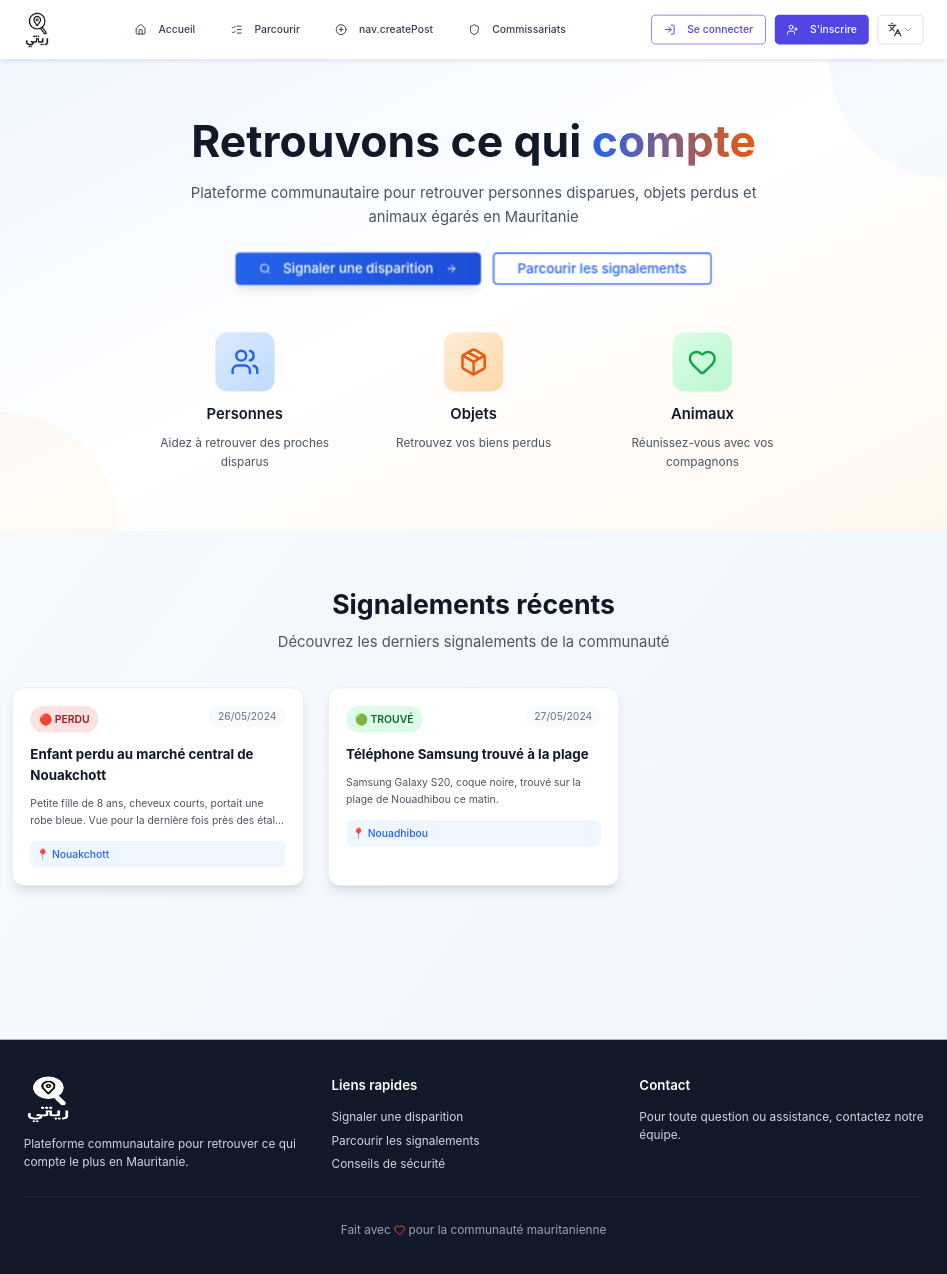
Repository: DahSidiAbdallah/Raytni
Page: /
An editor plug-in stored every save of this project. The page is shown before and after the next save, followed by the edit.
The browser window is 1280 px wide. The pictures show the whole page, at 74% of full size.
The project was rebuilt for these pictures with package versions that can differ from the ones it lists, and the page was loaded fresh each time. Also part of the build but not shown: vite.config.ts, src/components/ui/tooltip.tsx, src/components/ui/input.tsx, src/components/ui/textarea.tsx, src/components/ui/card.tsx, src/components/CreatePostForm.tsx, src/components/LoadingSpinner.tsx, src/pages/NotFound.tsx and 10 more.

Above is the page before, as saved 2025-05-28 15:09:34.

### index.html
<!DOCTYPE html>
<html lang="en">
  <head>
    <meta charset="UTF-8" />
    <meta name="viewport" content="width=device-width, initial-scale=1.0" />
    <title>Raytni</title>
    <link rel="icon" type="image/png" href="/logo.png"/>
    <link rel="stylesheet" href="https://cdnjs.cloudflare.com/ajax/libs/font-awesome/6.0.0-beta3/css/all.min.css">
    <meta name="description" content="Lovable Generated Project" />
    <meta name="author" content="Lovable" />

    <meta property="og:title" content="mauritania-find-it-now" />
    <meta property="og:description" content="Lovable Generated Project" />
    <meta property="og:type" content="website" />
    <meta property="og:image" content="https://lovable.dev/opengraph-image-p98pqg.png" />

    <meta name="twitter:card" content="summary_large_image" />
    <meta name="twitter:site" content="@lovable_dev" />
    <meta name="twitter:image" content="https://lovable.dev/opengraph-image-p98pqg.png" />
  </head>

  <body>
    <div id="root"></div>
    <!-- IMPORTANT: DO NOT REMOVE THIS SCRIPT TAG OR THIS VERY COMMENT! -->
    <script src="https://cdn.gpteng.co/gptengineer.js" type="module"></script>
    <script type="module" src="/src/main.tsx"></script>
  </body>
</html>

### src/main.tsx

import { createRoot } from 'react-dom/client'
import AppWrapper from './AppWrapper.tsx'
import './index.css'

createRoot(document.getElementById("root")!).render(<AppWrapper />);

### src/AppWrapper.tsx

import { LanguageProvider } from './contexts/LanguageContext';
import App from './App';

const AppWrapper = () => {
  return (
    <LanguageProvider>
      <App />
    </LanguageProvider>
  );
};

export default AppWrapper;

### src/index.css

@tailwind base;
@tailwind components;
@tailwind utilities;

@layer base {
  :root {
    --background: 0 0% 100%;
    --foreground: 222.2 84% 4.9%;

    --card: 0 0% 100%;
    --card-foreground: 222.2 84% 4.9%;

    --popover: 0 0% 100%;
    --popover-foreground: 222.2 84% 4.9%;

    --primary: 222.2 47.4% 11.2%;
    --primary-foreground: 210 40% 98%;

    --secondary: 210 40% 96.1%;
    --secondary-foreground: 222.2 47.4% 11.2%;

    --muted: 210 40% 96.1%;
    --muted-foreground: 215.4 16.3% 46.9%;

    --accent: 210 40% 96.1%;
    --accent-foreground: 222.2 47.4% 11.2%;

    --destructive: 0 84.2% 60.2%;
    --destructive-foreground: 210 40% 98%;

    --border: 214.3 31.8% 91.4%;
    --input: 214.3 31.8% 91.4%;
    --ring: 222.2 84% 4.9%;

    --radius: 0.5rem;

    --sidebar-background: 0 0% 98%;
    --sidebar-foreground: 240 5.3% 26.1%;
    --sidebar-primary: 240 5.9% 10%;
    --sidebar-primary-foreground: 0 0% 98%;
    --sidebar-accent: 240 4.8% 95.9%;
    --sidebar-accent-foreground: 240 5.9% 10%;
    --sidebar-border: 220 13% 91%;
    --sidebar-ring: 217.2 91.2% 59.8%;
  }

  .dark {
    --background: 222.2 84% 4.9%;
    --foreground: 210 40% 98%;
    --card: 222.2 84% 4.9%;
    --card-foreground: 210 40% 98%;
    --popover: 222.2 84% 4.9%;
    --popover-foreground: 210 40% 98%;
    --primary: 210 40% 98%;
    --primary-foreground: 222.2 47.4% 11.2%;
    --secondary: 217.2 32.6% 17.5%;
    --secondary-foreground: 210 40% 98%;
    --muted: 217.2 32.6% 17.5%;
    --muted-foreground: 215 20.2% 65.1%;
    --accent: 217.2 32.6% 17.5%;
    --accent-foreground: 210 40% 98%;
    --destructive: 0 62.8% 30.6%;
    --destructive-foreground: 210 40% 98%;
    --border: 217.2 32.6% 17.5%;
    --input: 217.2 32.6% 17.5%;
    --ring: 212.7 26.8% 83.9%;
    --sidebar-background: 240 5.9% 10%;
    --sidebar-foreground: 240 4.8% 95.9%;
    --sidebar-primary: 224.3 76.3% 48%;
    --sidebar-primary-foreground: 0 0% 100%;
    --sidebar-accent: 240 3.7% 15.9%;
    --sidebar-accent-foreground: 240 4.8% 95.9%;
    --sidebar-border: 240 3.7% 15.9%;
    --sidebar-ring: 217.2 91.2% 59.8%;
  }
}

@layer base {
  * {
    @apply border-border;
  }

  body {
    @apply bg-background text-foreground;
    font-family: -apple-system, BlinkMacSystemFont, 'Segoe UI', 'Roboto', 'Oxygen', 'Ubuntu', 'Cantarell', 'Open Sans', 'Helvetica Neue', sans-serif;
  }

  /* Arabic text support */
  [dir="rtl"] {
    direction: rtl;
    text-align: right;
  }

  [dir="rtl"] .flex {
    flex-direction: row-reverse;
  }

  [dir="rtl"] .space-x-1 > * + * {
    margin-left: 0;
    margin-right: 0.25rem;
  }

  [dir="rtl"] .space-x-2 > * + * {
    margin-left: 0;
    margin-right: 0.5rem;
  }

  [dir="rtl"] .space-x-4 > * + * {
    margin-left: 0;
    margin-right: 1rem;
  }

  [dir="rtl"] .ml-2 {
    margin-left: 0;
    margin-right: 0.5rem;
  }

  [dir="rtl"] .ml-3 {
    margin-left: 0;
    margin-right: 0.75rem;
  }

  [dir="rtl"] .mr-2 {
    margin-right: 0;
    margin-left: 0.5rem;
  }

  /* Arabic font support */
  [lang="ar"], [dir="rtl"] {
    font-family: 'Noto Sans Arabic', 'Arial Unicode MS', Tahoma, sans-serif;
  }
}

@layer utilities {
  .animate-fade-in {
    animation: fade-in 0.6s ease-out forwards;
  }

  .line-clamp-2 {
    overflow: hidden;
    display: -webkit-box;
    -webkit-box-orient: vertical;
    -webkit-line-clamp: 2;
  }

  .line-clamp-3 {
    overflow: hidden;
    display: -webkit-box;
    -webkit-box-orient: vertical;
    -webkit-line-clamp: 3;
  }
}

@keyframes fade-in {
  from {
    opacity: 0;
    transform: translateY(20px);
  }
  to {
    opacity: 1;
    transform: translateY(0);
  }
}

### src/App.tsx
import { Toaster } from "@/components/ui/toaster";
import { Toaster as Sonner } from "@/components/ui/sonner";
import { TooltipProvider } from "@/components/ui/tooltip";
import { QueryClient, QueryClientProvider } from "@tanstack/react-query";
import { BrowserRouter, Routes, Route } from "react-router-dom";
import Index from "./pages/Index";
import NotFound from "./pages/NotFound";
import PolicePage from './pages/Police';
import CreatePostPage from './pages/CreatePostPage';
import SafetyTipsPage from './pages/SafetyTipsPage';
import BrowsePage from './pages/BrowsePage';
import SignInPage from './pages/SignInPage';
import SignUpPage from './pages/SignUpPage';
import MainLayout from './components/MainLayout';

const queryClient = new QueryClient();

const App = () => (
  <QueryClientProvider client={queryClient}>
    <TooltipProvider>
      <Toaster />
      <Sonner />
      <BrowserRouter>
        <Routes>
          <Route path="/" element={<Index />} />
          <Route path="/police" element={<MainLayout><PolicePage /></MainLayout>} />
          <Route path="/create-post" element={<CreatePostPage />} />
          <Route path="/safety-tips" element={<SafetyTipsPage />} />
          <Route path="/browse" element={<BrowsePage />} />
          <Route path="/signin" element={<MainLayout><SignInPage /></MainLayout>} />
          <Route path="/signup" element={<MainLayout><SignUpPage /></MainLayout>} />
          {/* ADD ALL CUSTOM ROUTES ABOVE THE CATCH-ALL "*" ROUTE */}
          <Route path="*" element={<NotFound />} />
        </Routes>
      </BrowserRouter>
    </TooltipProvider>
  </QueryClientProvider>
);

export default App;

### src/components/ui/toaster.tsx
import { useToast } from "@/hooks/use-toast"
import {
  Toast,
  ToastClose,
  ToastDescription,
  ToastProvider,
  ToastTitle,
  ToastViewport,
} from "@/components/ui/toast"

export function Toaster() {
  const { toasts } = useToast()

  return (
    <ToastProvider>
      {toasts.map(function ({ id, title, description, action, ...props }) {
        return (
          <Toast key={id} {...props}>
            <div className="grid gap-1">
              {title && <ToastTitle>{title}</ToastTitle>}
              {description && (
                <ToastDescription>{description}</ToastDescription>
              )}
            </div>
            {action}
            <ToastClose />
          </Toast>
        )
      })}
      <ToastViewport />
    </ToastProvider>
  )
}

### src/components/ui/sonner.tsx
import { useTheme } from "next-themes"
import { Toaster as Sonner, toast } from "sonner"

type ToasterProps = React.ComponentProps<typeof Sonner>

const Toaster = ({ ...props }: ToasterProps) => {
  const { theme = "system" } = useTheme()

  return (
    <Sonner
      theme={theme as ToasterProps["theme"]}
      className="toaster group"
      toastOptions={{
        classNames: {
          toast:
            "group toast group-[.toaster]:bg-background group-[.toaster]:text-foreground group-[.toaster]:border-border group-[.toaster]:shadow-lg",
          description: "group-[.toast]:text-muted-foreground",
          actionButton:
            "group-[.toast]:bg-primary group-[.toast]:text-primary-foreground",
          cancelButton:
            "group-[.toast]:bg-muted group-[.toast]:text-muted-foreground",
        },
      }}
      {...props}
    />
  )
}

export { Toaster, toast }

### src/components/Header.tsx
import React, { useState } from 'react';
import { Link, useNavigate } from 'react-router-dom';
import { Button } from "@/components/ui/button";
import { Input } from "@/components/ui/input";
import { Sheet, SheetContent, SheetTrigger, SheetClose } from "@/components/ui/sheet";
import { Select, SelectContent, SelectItem, SelectTrigger, SelectValue } from "@/components/ui/select";
import { Menu, X, Search as SearchIcon, Moon, Sun, Languages, Home, ListChecks, PlusCircle, LogIn, UserPlus, Shield } from 'lucide-react';
import Logo from '/logo.png';
import { useLanguage, Language } from "@/contexts/LanguageContext";

interface HeaderProps {
  onCreatePost: () => void;
  onViewBrowse: () => void;
  onViewHome: () => void;
}

const Header = ({ onCreatePost, onViewBrowse, onViewHome }: HeaderProps) => {
  const navigate = useNavigate();
  const { language, setLanguage, t } = useLanguage();
  const [isMobileMenuOpen, setIsMobileMenuOpen] = useState(false);
  const [searchTerm, setSearchTerm] = useState("");

  const handleSearch = (e: React.FormEvent) => {
    e.preventDefault();
    if (searchTerm.trim()) {
      console.log("Raytni Search term:", searchTerm.trim());
      setSearchTerm("");
    }
  };

  return (
    <header className="bg-white shadow-md sticky top-0 z-50">
      <div className="max-w-7xl mx-auto px-4 sm:px-6 lg:px-8">
        <div className="flex items-center justify-between h-20">
          <div className="flex items-center">
            <Link to="/" className="flex items-center space-x-3 rtl:space-x-reverse">
              <img src={Logo} alt="Raytni Logo" className="h-12 w-auto" />
            </Link>
          </div>

          <div className="hidden md:flex items-center space-x-6">
            <nav className="space-x-4">
              <Button variant="ghost" onClick={onViewHome} className="text-gray-700 hover:text-indigo-600"><Home className="mr-2 h-5 w-5"/>{t('nav.home')}</Button>
              <Button variant="ghost" onClick={onViewBrowse} className="text-gray-700 hover:text-indigo-600"><ListChecks className="mr-2 h-5 w-5"/>{t('nav.browse')}</Button>
              <Button variant="ghost" onClick={onCreatePost} className="text-gray-700 hover:text-indigo-600"><PlusCircle className="mr-2 h-5 w-5"/>{t('nav.createPost')}</Button>
              <Button variant="ghost" onClick={() => navigate('/police')} className="text-gray-700 hover:text-indigo-600"><Shield className="mr-2 h-5 w-5"/>{t('nav.police')}</Button>
            </nav>
          </div>

          <div className="hidden md:flex items-center space-x-3">
            <Button variant="outline" onClick={() => navigate('/signin')} className="text-indigo-600 border-indigo-500 hover:bg-indigo-50">
              <LogIn className="mr-2 h-5 w-5" /> {t('auth.signIn')}
            </Button>
            <Button onClick={() => navigate('/signup')} className="bg-indigo-600 hover:bg-indigo-700 text-white">
              <UserPlus className="mr-2 h-5 w-5" /> {t('auth.signUp')}
            </Button>
            <Select value={language} onValueChange={(value) => setLanguage(value as Language)}>
              <SelectTrigger className="w-auto text-gray-700 hover:text-indigo-600 border-gray-300 focus:ring-indigo-500 focus:border-indigo-500">
                <Languages className="h-5 w-5" />
              </SelectTrigger>
              <SelectContent>
                <SelectItem value="fr">Français</SelectItem>
                <SelectItem value="ar">العربية</SelectItem>
              </SelectContent>
            </Select>
          </div>

          <div className="md:hidden flex items-center">
            <Sheet open={isMobileMenuOpen} onOpenChange={setIsMobileMenuOpen}>
              <SheetTrigger asChild>
                <Button variant="ghost" size="icon" className="text-gray-700 hover:text-indigo-600">
                  {isMobileMenuOpen ? <X className="h-7 w-7" /> : <Menu className="h-7 w-7" />}
                </Button>
              </SheetTrigger>
              <SheetContent side="left" className="w-64 p-6">
                <nav className="flex flex-col space-y-4">
                  <SheetClose asChild>
                    <Button variant="ghost" onClick={onViewHome} className="justify-start text-lg hover:text-indigo-600"><Home className="mr-3 h-6 w-6"/>{t('nav.home')}</Button>
                  </SheetClose>
                  <SheetClose asChild>
                    <Button variant="ghost" onClick={onViewBrowse} className="justify-start text-lg hover:text-indigo-600"><ListChecks className="mr-3 h-6 w-6"/>{t('nav.browse')}</Button>
                  </SheetClose>
                  <SheetClose asChild>
                    <Button variant="ghost" onClick={onCreatePost} className="justify-start text-lg hover:text-indigo-600"><PlusCircle className="mr-3 h-6 w-6"/>{t('nav.createPost')}</Button>
                  </SheetClose>
                  <SheetClose asChild>
                    <Button variant="ghost" onClick={() => { navigate('/police'); setIsMobileMenuOpen(false); }} className="justify-start text-lg hover:text-indigo-600"><Shield className="mr-3 h-6 w-6"/>{t('nav.police')}</Button>
                  </SheetClose>
                  <hr className="my-4"/>
                  <SheetClose asChild>
                    <Button variant="outline" onClick={() => navigate('/signin')} className="justify-start text-lg text-indigo-600 border-indigo-500">
                       <LogIn className="mr-3 h-6 w-6" /> {t('auth.signIn')}
                    </Button>
                  </SheetClose>
                  <SheetClose asChild>
                    <Button onClick={() => navigate('/signup')} className="justify-start text-lg bg-indigo-600 hover:bg-indigo-700 text-white">
                      <UserPlus className="mr-3 h-6 w-6" /> {t('auth.signUp')}
                    </Button>
                  </SheetClose>
                  <hr className="my-4"/>
                  <div className="pt-2">
                    <p className="text-sm font-medium text-gray-500 mb-2">{t('settings.language')}</p>
                    <Select value={language} onValueChange={(newLang) => { setLanguage(newLang as Language); setIsMobileMenuOpen(false); }}>
                        <SelectTrigger className="w-full focus:ring-indigo-500 focus:border-indigo-500">
                            <Languages className="mr-2 h-5 w-5" />
                            <span>{language === 'fr' ? 'Français' : 'العربية'}</span>
                        </SelectTrigger>
                        <SelectContent>
                            <SelectItem value="fr">Français</SelectItem>
                            <SelectItem value="ar">العربية</SelectItem>
                        </SelectContent>
                    </Select>
                  </div>
                </nav>
              </SheetContent>
            </Sheet>
          </div>
        </div>
      </div>
    </header>
  );
};

export default Header;

### src/components/Footer.tsx
import { MapPin, Heart } from "lucide-react";
import footer from "../../public/footer.png";
import { Link } from "react-router-dom";

const Footer = () => {
  return (
    <footer className="bg-gray-900 text-white py-12 mt-20">
      <div className="max-w-7xl mx-auto px-4 sm:px-6 lg:px-8">
        <div className="grid md:grid-cols-3 gap-8">
          <div>
            <div className="flex items-center mb-4">
              <img src={footer} alt="Logo" className="h-16 w-16" />


            </div>
            <p className="text-gray-300">
              Plateforme communautaire pour retrouver ce qui compte le plus en Mauritanie.
            </p>
          </div>

          <div>
            <h3 className="text-lg font-semibold mb-4">Liens rapides</h3>
            <ul className="space-y-2 text-gray-300">
              <li><Link to="/create-post" className="hover:text-white transition-colors">Signaler une disparition</Link></li>
              <li><Link to="/browse" className="hover:text-white transition-colors">Parcourir les signalements</Link></li>
              <li><Link to="/safety-tips" className="hover:text-white transition-colors">Conseils de sécurité</Link></li>
            </ul>
          </div>

          <div>
            <h3 className="text-lg font-semibold mb-4">Contact</h3>
            <p className="text-gray-300">
              Pour toute question ou assistance, contactez notre équipe.
            </p>
          </div>
        </div>

        <div className="border-t border-gray-800 mt-8 pt-8 text-center text-gray-400">
          <p className="flex items-center justify-center">
            Fait avec <Heart className="h-4 w-4 mx-1 text-red-500" /> pour la communauté mauritanienne
          </p>
        </div>
      </div>
    </footer>
  );
};

export default Footer;

### src/components/ui/button.tsx
import * as React from "react"
import { Slot } from "@radix-ui/react-slot"
import { cva, type VariantProps } from "class-variance-authority"

import { cn } from "@/lib/utils"

const buttonVariants = cva(
  "inline-flex items-center justify-center gap-2 whitespace-nowrap rounded-md text-sm font-medium ring-offset-background transition-colors focus-visible:outline-none focus-visible:ring-2 focus-visible:ring-ring focus-visible:ring-offset-2 disabled:pointer-events-none disabled:opacity-50 [&_svg]:pointer-events-none [&_svg]:size-4 [&_svg]:shrink-0",
  {
    variants: {
      variant: {
        default: "bg-primary text-primary-foreground hover:bg-primary/90",
        destructive:
          "bg-destructive text-destructive-foreground hover:bg-destructive/90",
        outline:
          "border border-input bg-background hover:bg-accent hover:text-accent-foreground",
        secondary:
          "bg-secondary text-secondary-foreground hover:bg-secondary/80",
        ghost: "hover:bg-accent hover:text-accent-foreground",
        link: "text-primary underline-offset-4 hover:underline",
      },
      size: {
        default: "h-10 px-4 py-2",
        sm: "h-9 rounded-md px-3",
        lg: "h-11 rounded-md px-8",
        icon: "h-10 w-10",
      },
    },
    defaultVariants: {
      variant: "default",
      size: "default",
    },
  }
)

export interface ButtonProps
  extends React.ButtonHTMLAttributes<HTMLButtonElement>,
    VariantProps<typeof buttonVariants> {
  asChild?: boolean
}

const Button = React.forwardRef<HTMLButtonElement, ButtonProps>(
  ({ className, variant, size, asChild = false, ...props }, ref) => {
    const Comp = asChild ? Slot : "button"
    return (
      <Comp
        className={cn(buttonVariants({ variant, size, className }))}
        ref={ref}
        {...props}
      />
    )
  }
)
Button.displayName = "Button"

export { Button, buttonVariants }

Loaded but not shown: src/hooks/use-toast.ts (common file); src/lib/utils.ts (common file); tailwind.config.ts (common file); src/pages/Index.tsx (196 lines, source omitted); src/components/ui/select.tsx (158 lines, source omitted); src/components/ui/toast.tsx (127 lines, source omitted); src/contexts/LanguageContext.tsx (120 lines, source omitted); src/components/HeroSection.tsx (84 lines, source omitted); src/components/ui/sheet.tsx (130 lines, source omitted)

After the next save:
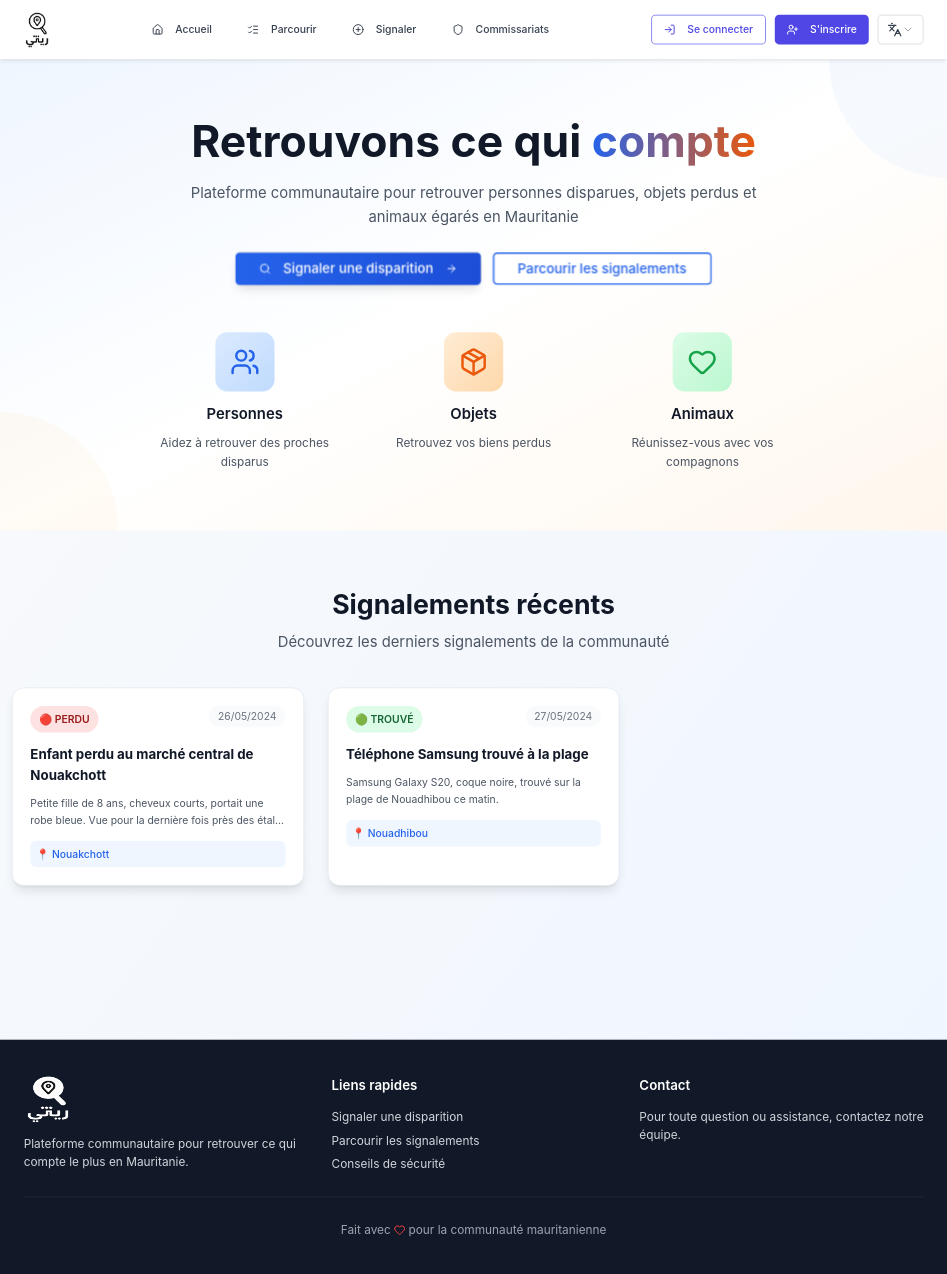
Saved 42 s later.
--- a/src/components/Header.tsx
+++ b/src/components/Header.tsx
@@ -42,7 +42,7 @@ const Header = ({ onCreatePost, onViewBrowse, onViewHome }: HeaderProps) => {
             <nav className="space-x-4">
               <Button variant="ghost" onClick={onViewHome} className="text-gray-700 hover:text-indigo-600"><Home className="mr-2 h-5 w-5"/>{t('nav.home')}</Button>
               <Button variant="ghost" onClick={onViewBrowse} className="text-gray-700 hover:text-indigo-600"><ListChecks className="mr-2 h-5 w-5"/>{t('nav.browse')}</Button>
-              <Button variant="ghost" onClick={onCreatePost} className="text-gray-700 hover:text-indigo-600"><PlusCircle className="mr-2 h-5 w-5"/>{t('nav.createPost')}</Button>
+              <Button variant="ghost" onClick={onCreatePost} className="text-gray-700 hover:text-indigo-600"><PlusCircle className="mr-2 h-5 w-5"/>{t('nav.report')}</Button>
               <Button variant="ghost" onClick={() => navigate('/police')} className="text-gray-700 hover:text-indigo-600"><Shield className="mr-2 h-5 w-5"/>{t('nav.police')}</Button>
             </nav>
           </div>
@@ -81,7 +81,7 @@ const Header = ({ onCreatePost, onViewBrowse, onViewHome }: HeaderProps) => {
                     <Button variant="ghost" onClick={onViewBrowse} className="justify-start text-lg hover:text-indigo-600"><ListChecks className="mr-3 h-6 w-6"/>{t('nav.browse')}</Button>
                   </SheetClose>
                   <SheetClose asChild>
-                    <Button variant="ghost" onClick={onCreatePost} className="justify-start text-lg hover:text-indigo-600"><PlusCircle className="mr-3 h-6 w-6"/>{t('nav.createPost')}</Button>
+                    <Button variant="ghost" onClick={onCreatePost} className="justify-start text-lg hover:text-indigo-600"><PlusCircle className="mr-3 h-6 w-6"/>{t('nav.report')}</Button>
                   </SheetClose>
                   <SheetClose asChild>
                     <Button variant="ghost" onClick={() => { navigate('/police'); setIsMobileMenuOpen(false); }} className="justify-start text-lg hover:text-indigo-600"><Shield className="mr-3 h-6 w-6"/>{t('nav.police')}</Button>
